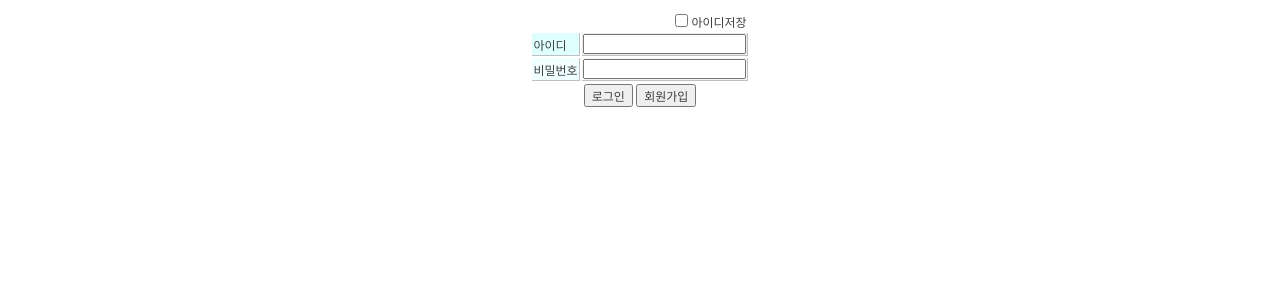
Repository: kimsunoh/springFrameworkStudy
Page: http://localhost/memberibatis/login/login.jsp
The author's editor kept a copy of each file at every save. The page is drawn from the files as they stood at one save, then again after the next save.
The browser window is 1280 px wide. The pictures show the whole page.
The page is served by Tomcat 9. Other server files are loaded and not shown.

Above is the page before, as saved 2016-05-24 00:31:55.

### memberibatis/WebContent/login/login.jsp
<%@ page language="java" contentType="text/html; charset=EUC-KR"
    pageEncoding="EUC-KR"
    import="javax.servlet.http.Cookie"%>
<%@taglib prefix="c" uri="http://java.sun.com/jsp/jstl/core"%>
<c:set var="root" value="${pageContext.request.contextPath}" />
<%
	Cookie cookie[] = request.getCookies();
	String svid="";
	String ckid = "";

	if(cookie != null) {
		int len = cookie.length;
		for(int i=0 ; i<len ; i++) {
			if("nid_sid".equals(cookie[i].getName())){
				svid = cookie[i].getValue();
				ckid = "checked='checked'";
				break;
			}
		}
	}
%>
<!DOCTYPE html PUBLIC "-//W3C//DTD HTML 4.01 Transitional//EN" "http://www.w3.org/TR/html4/loose.dtd">
<html>
<head>
<meta http-equiv="Content-Type" content="text/html; charset=EUC-KR">
<title>Insert title here</title>
<link rel="stylesheet" href="${root}/css/style.css" type="text/css">
<script type="text/javascript">
function logincheck(){
	if(document.getElementById("id").value  == "") {
		alert("아이디 입력!");
		return;
	} else if(document.getElementById("pass").value == "") {
		alert("비밀번호 입력!");
		return;
	} else {
		document.loginform.action = "${root}/member";
		document.loginform.submit();
	}
}
function joinmove(){
	document.location.href = "${root}/join/member.jsp";
}
</script>
</head>
<body>
<center>
<form name="loginform" method="post" action="">
<input type="hidden" name="act" value="login">
<table>
<tr>
	<td colspan="2" align="right">
	<input type="checkbox" name="idsv" value="idsave" <%=ckid %>>아이디저장
	</td>
</tr>
<tr>
	<td class="td1">아이디</td>
	<td class="td3"><input type="text" name="id" id="id" value="<%=svid %>"></td>
</tr>
<tr>
	<td class="td2">비밀번호</td>
	<td class="td4"><input type="password" name="pass" id="pass"></td>
</tr>
<tr>
	<td colspan="2" align="center">
	<input type="button" value="로그인" onclick="javascript:logincheck();">
	<input type="button" value="회원가입" onclick="javascript:joinmove();">
	</td>
</tr>
</table>
</form>
</center>
</body>
</html>

### memberibatis/WebContent/css/style.css
body, table, th, td, p, div, span, a, select, input { font-size:9pt; color:#403F3F;  font-family: "굴림", "돋움", "Arial";}
b { font-size:9pt; color:#403F3F;  font-family: "굴림", "돋움", "Arial";}
td.td1 { background-color: #dfffff; border-bottom:solid 1px #c0c0c0; border-right:solid 1px #c0c0c0; text-align: left; }
td.td2 { background-color: #f0ffff; border-bottom:solid 1px #c0c0c0; border-right:solid 1px #c0c0c0; text-align: left; }
td.td3 { background-color: #eaeaea; border-bottom:solid 1px #c0c0c0; border-right:solid 1px #c0c0c0; text-align: left; }
td.td4 { background-color: #f5f5f5; border-bottom:solid 1px #c0c0c0; border-right:solid 1px #c0c0c0; text-align: left; }
table.print_tbl td { border-top:solid 1px #666666; border-left:solid 1px #666666; }
table.no_print_tbl { border-bottom:solid 0px #666666; border-right:solid 0px #666666; }
table.no_print_tbl td { border-top:solid 0px #666666; border-left:solid 0px #666666; }

After the next save:
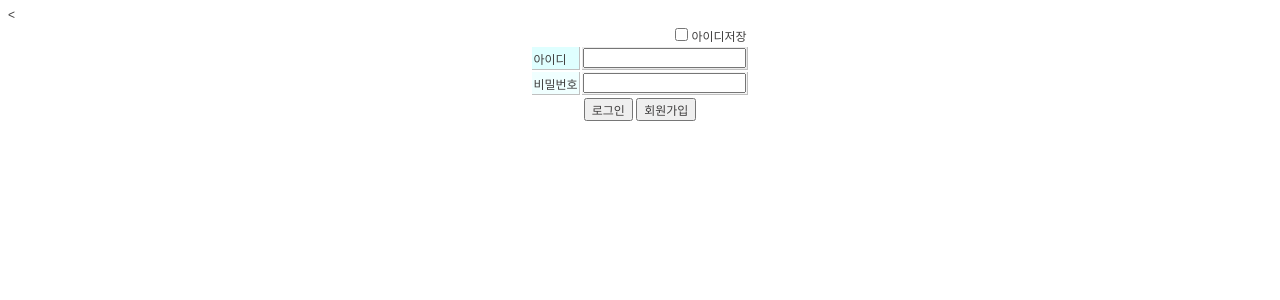
Saved 2 min 22 s later.
--- a/memberibatis/WebContent/login/login.jsp
+++ b/memberibatis/WebContent/login/login.jsp
@@ -3,6 +3,7 @@
     import="javax.servlet.http.Cookie"%>
 <%@taglib prefix="c" uri="http://java.sun.com/jsp/jstl/core"%>
 <c:set var="root" value="${pageContext.request.contextPath}" />
+<<c:set var="svid" />
 <%
 	Cookie cookie[] = request.getCookies();
 	String svid="";

After the save that followed:
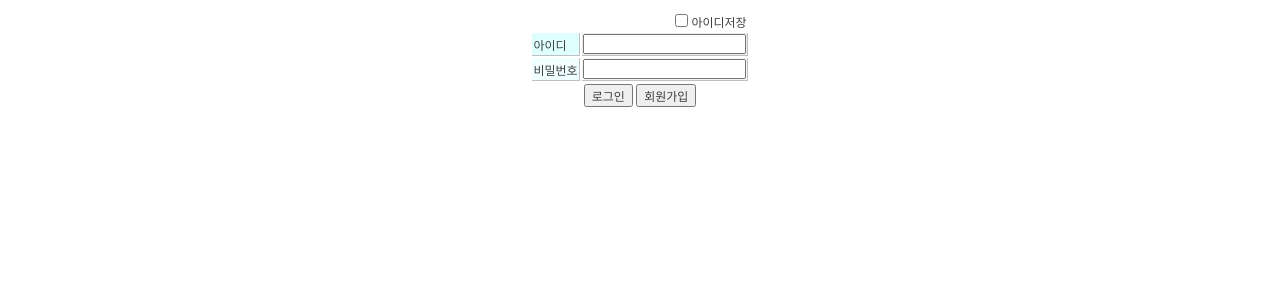
Saved 15 s later.
--- a/memberibatis/WebContent/login/login.jsp
+++ b/memberibatis/WebContent/login/login.jsp
@@ -3,7 +3,8 @@
     import="javax.servlet.http.Cookie"%>
 <%@taglib prefix="c" uri="http://java.sun.com/jsp/jstl/core"%>
 <c:set var="root" value="${pageContext.request.contextPath}" />
-<<c:set var="svid" />
+<c:set var="svid" value=""/>
+<c:set var="ckid" value=""/>
 <%
 	Cookie cookie[] = request.getCookies();
 	String svid="";
